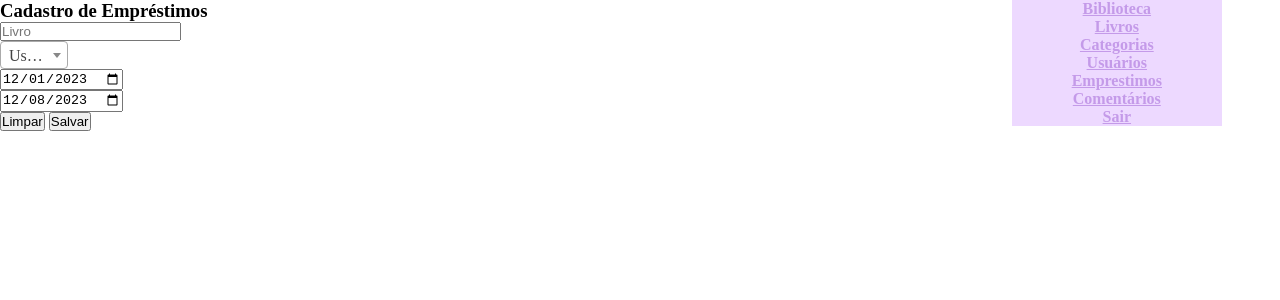
Repository: Matheus-Ghizoni/Rainbow-Library
Page: arcoiris/src/main/webapp/pages/admin/loan.html
These files come from the project's save history. The page is drawn as it stood at one moment and after the next save; the edit follows.
The browser window is 1280 px wide. The pictures show the whole page.
The page's requests for data from a server got no answer. Some web libraries are served in a nearby version.

Above is the page before, as saved 2023-12-06 17:50:36.
Console error: ReferenceError: jQuery is not defined

### arcoiris/src/main/webapp/pages/admin/loan.html
<html lang="en">

<head>
	<meta charset="UTF-8">
	<meta name="viewport" content="width=device-width, initial-scale=1.0">
	<link rel="stylesheet" href="../../css/admin.css">
	<link rel="stylesheet" type="text/css" href="../../css/jquery-ui.css">
	<link href="https://cdn.jsdelivr.net/npm/select2@4.1.0-beta.1/dist/css/select2.min.css" rel="stylesheet" />
	<script src="../../js/loan.js"></script>
	<script src="../../js/jquery-ui.js"></script>
	<script src="https://code.jquery.com/jquery-3.6.4.min.js"
		integrity="sha256-oP6HI9z1XaZNBrJURtCoUT5SUnxFr8s3BzRl+cbzUq8=" crossorigin="anonymous"></script>
	<script src="https://cdn.jsdelivr.net/npm/select2@4.1.0-beta.1/dist/js/select2.min.js"></script>
	<title>Loan</title>
</head>

<body>
	<!-- Menu -->
	<div class="menu">
		<div class="d-flex justify-content-center">
			<img class="menu-img" src="../../imgs/menu.png">
		</div>
	</div>
	<div class="modal-menu">
		<a href="library.html">Biblioteca</a> <br>
		<a href="book.html">Livros</a> <br>
		<a href="category.html">Categorias</a> <br>
		<a href="user.html">Usuários</a> <br>
		<a href="loan.html">Emprestimos</a> <br>
		<a href="comment.html">Comentários</a><br>
		<a href="../../index.html">Sair</a>
	</div>

	<!--	Modal Emprestimo  -->
	<h3>Cadastro de Empréstimos</h3>
	<form class="frmloan">
		<input type="text" placeholder="Livro" id="inputBookLoan"><br>
		<select name="type" class="selectUsers" id="selectUsers" onload="getAllUsers()">
			<option value="">Usuário</option>
		</select><br>
		<input type="date" placeholder="Data de empréstimo" id="inputStartDateLoan"><br>
		<input type="date" placeholder="Prazo de Devolução" id="inputDeadlineDateLoan"><br>
		<button type="reset">Limpar</button>
		<button onclick="insertLoan()">Salvar</button>
	</form>

</body>
<script>
	$(document).ready(function () {
		$('.selectUsers').select2();
	});
</script>

</html>

### arcoiris/src/main/webapp/css/admin.css
/* Reset */
* {
	padding: 0;
	margin: 0;
	box-sizing: border-box;
}

/* Menu */
.menu {
	position: absolute;
	top: 30px;
	right: 130px;
}

.menu-img {
	width: 70px;
	height: 70px;
}

/* Menu Modal*/
.modal-menu {
	background: #EDD9FF;
	display: block;
	position: fixed;
	align-items: center;
	text-align: center;
	right: 58px;
}

.modal-menu a {
	color: #C49AE9;
	font-weight: bold;
	margin: 60px;
}

.edit {
	width: 16px;
	height: 16px;
}

### arcoiris/src/main/webapp/js/loan.js
document.addEventListener("DOMContentLoaded", function() {
	getStartDate();
	getDeadlineDate();
	getAllUsers();
});

function getStartDate() {
	let today = new Date();
	let date = today.getFullYear() + '-' +
		(today.getMonth() + 1).toString().padStart(2, '0') + '-' +
		today.getDate().toString().padStart(2, '0');
	document.getElementById('inputStartDateLoan').value = date;
}

function getDeadlineDate() {
	let today = new Date();
	let date = today.getFullYear() + '-' +
		(today.getMonth() + 1).toString().padStart(2, '0') + '-' +
		(today.getDate() + 7).toString().padStart(2, '0');
	document.getElementById('inputDeadlineDateLoan').value = date;
}

function getAllUsers() {
	$.ajax({
		type: "GET",
		url: "/arcoiris/rest/user/getAllUsers",
		success: function(data) {
			dados = JSON.parse(data);
			displayUsers(dados);
		},
		error: function(info) {
			alert("Erro ao buscar usuários: " + info.status + " - " + info.statusText);
		}
	})
}

function displayUsers(listUsers) {
	select = "#selectUsers";
	if (listUsers != "") {
		$(select).html("");
		var option = document.createElement("option");
		option.setAttribute("value", "");
		option.innerHTML = ("Selecione");
		$(select).append(option);

		for (var i = 0; i < listUsers.length; i++) {
			if (listUsers[i].status == 1) {
				var option = document.createElement("option");
				option.setAttribute("value", listUsers[i].CPF);
				option.innerHTML = (listUsers[i].name);
				$(select).append(option);
			}
		}

	} else {
		$(select).html("");

		var option = document.createElement("option");
		option.setAttribute("value", "");
		option.innerHTML = ("Cadastre um usuário primeiro!");
		$(select).append(option);
		$(select).addClass("aviso");
	}
}

function getAllBooks() {
	const title = "";
	$.ajax({
		type: "GET",
		url: "/arcoiris/rest/book/getAllBooks",
		data: "title=" + title,
		success: function(dados) {
			dados = JSON.parse(dados);
			displayBooks(dados);
		},
		error: function(info) {
			alert("Erro ao buscar livros: " + info.status + " - " + info.statusText);
		}
	})
}

function displayBooks(listBooks) {
	select = "#selectBooks";
	if (listBooks != "") {
		$(select).html("");
		var option = document.createElement("option");
		option.setAttribute("value", "");
		option.innerHTML = ("Selecione");
		$(select).append(option);

		for (var i = 0; i < listBooks.length; i++) {
			if (listBooks[i].status == 1) {
				var option = document.createElement("option");
				option.setAttribute("value", listBooks[i].code);
				option.innerHTML = (listBooks[i].name);
				$(select).append(option);
			}
		}

	} else {
		$(select).html("");

		var option = document.createElement("option");
		option.setAttribute("value", "");
		option.innerHTML = ("Cadastre um livro primeiro!");
		$(select).append(option);
		$(select).addClass("aviso");
	}
}

function insertLoan() {
	const bookLoan = document.getElementById("inputBookLoan");
	const userLoan = document.getElementById("inputUserLoan");
	const deadlineDateLoan = document.getElementById("inputDeadlineDateLoan");

	const loan = {
		book: bookLoan.value,
		user: userLoan.value,
		startDate: startDateLoan.value,
		deadlineDate: deadlineDateLoan.value
	};

	if ((loan.book == "") || (loan.user == "") || (loan.startDate == "") || (loan.deadlineDate == "")) {
		alert("Preencha todos os campos!");
	} else {
		$.ajax({
			type: "POST",
			url: "/arcoiris/rest/loan/insert",
			data: JSON.stringify(loan),
			success: function(msg) {
				alert(msg);
				$("#frmloan").trigger("reset");
			},
			error: function(info) {
				alert("Erro realizar um novo empréstimo: " + info.status + " - " + info.statusText);
			}
		});
	}
}

Loaded but not shown: arcoiris/src/main/webapp/css/jquery-ui.css (library); arcoiris/src/main/webapp/js/jquery-ui.js (library)

After the next save:
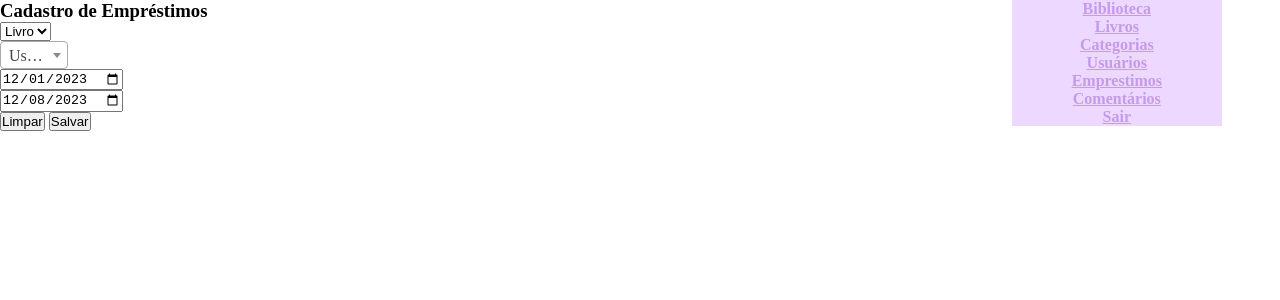
Saved 53 s later.
--- a/arcoiris/src/main/webapp/pages/admin/loan.html
+++ b/arcoiris/src/main/webapp/pages/admin/loan.html
@@ -34,7 +34,9 @@
 	<!--	Modal Emprestimo  -->
 	<h3>Cadastro de Empréstimos</h3>
 	<form class="frmloan">
-		<input type="text" placeholder="Livro" id="inputBookLoan"><br>
+		<select name="type" class="selectBooks" id="selectBooks" onload="getAllBooks()">
+			<option value="">Livro</option>
+		</select><br>
 		<select name="type" class="selectUsers" id="selectUsers" onload="getAllUsers()">
 			<option value="">Usuário</option>
 		</select><br>
